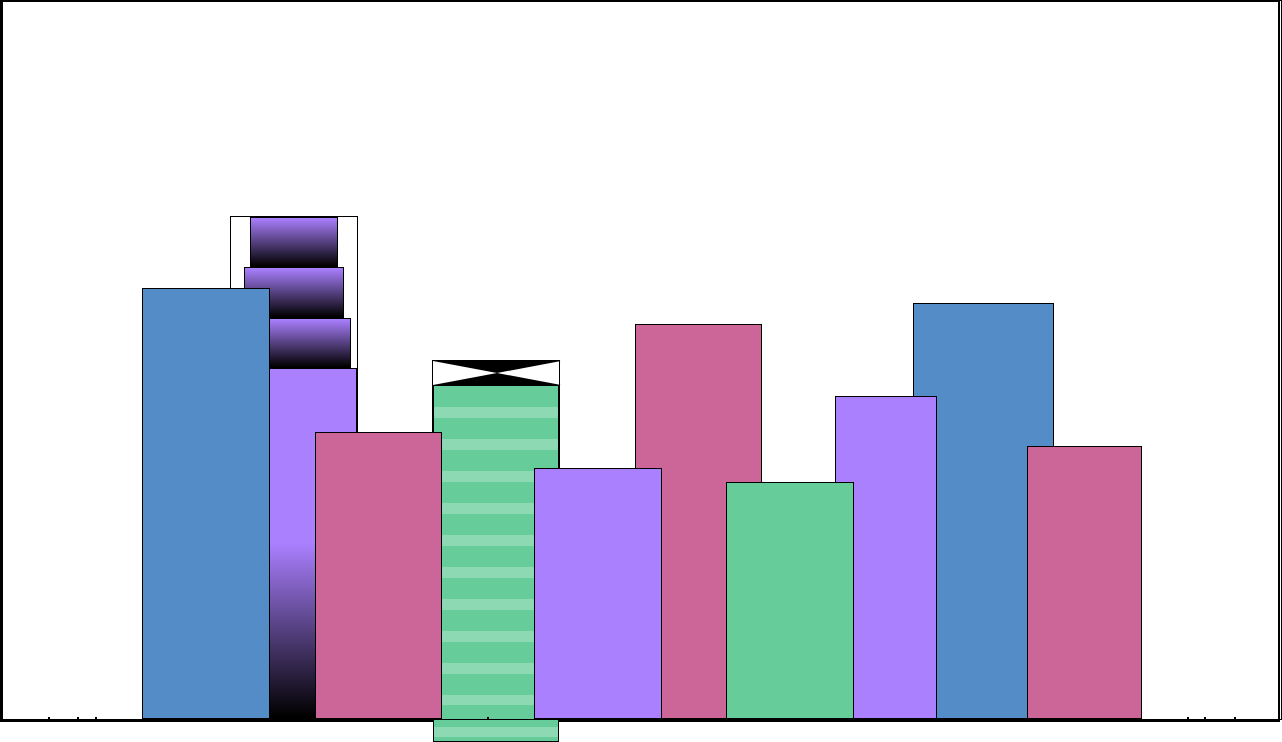
Repository: Lungdjos/city_skyline
Page: index.html
These files come from the project's save history. The page is drawn as it stood at one moment and after the next save; the edit follows.
The browser window is 1280 px wide. The page is 1282 px wide, so the pictures cover 1282 px, including what lies to the right of the window. The pictures show the whole page.

Above is the page before, as saved 2023-12-12 10:55:11.

After the next save:
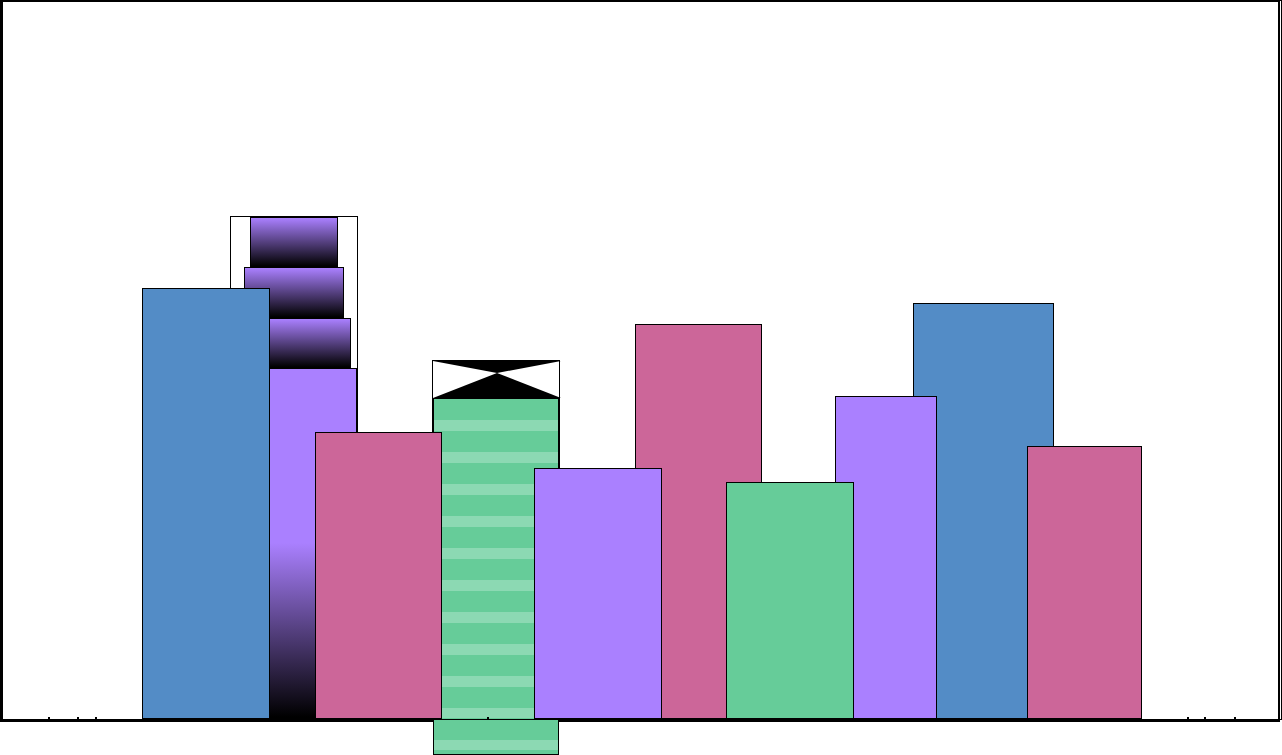
Saved 63 s later.
--- a/styles.css
+++ b/styles.css
@@ -73,7 +73,7 @@ body {
     /* width: 5vw;
     height: 5vw; */
     border-top: 1vw solid #000;
-    border-bottom: 1vw solid #000;
+    border-bottom: 2vw solid #000;
     border-left: 5vw solid transparent;
     border-right: 5vw solid transparent;
 }
